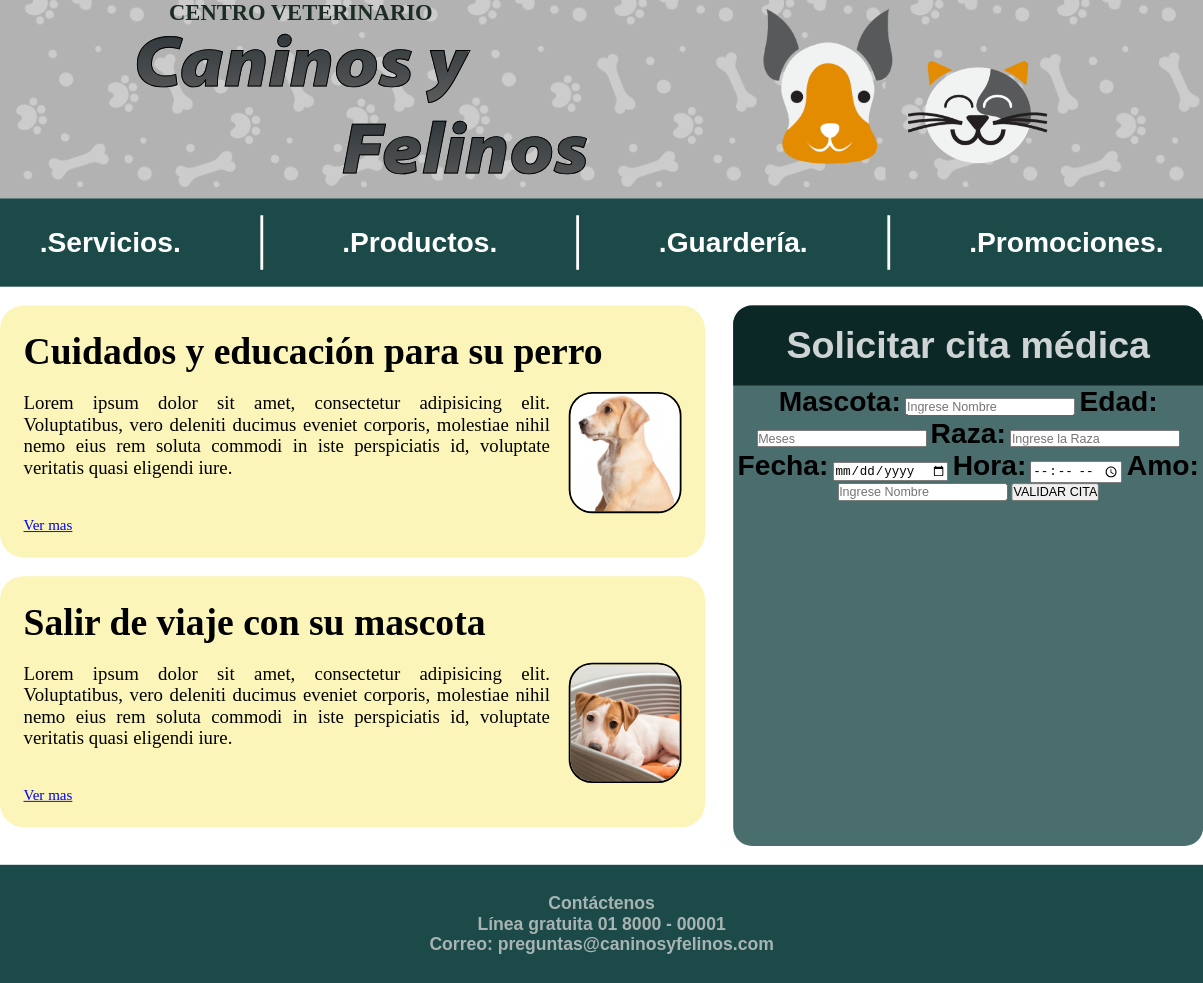
Repository: mariomr87/senaweb01
Page: principal.html
An editor plug-in stored every save of this project. The page is shown before and after the next save, followed by the edit.
The browser window is 1280 px wide. The pictures show the whole page, at 94% of full size.

Above is the page before, as saved 2021-10-23 11:56:58.

After the next save:
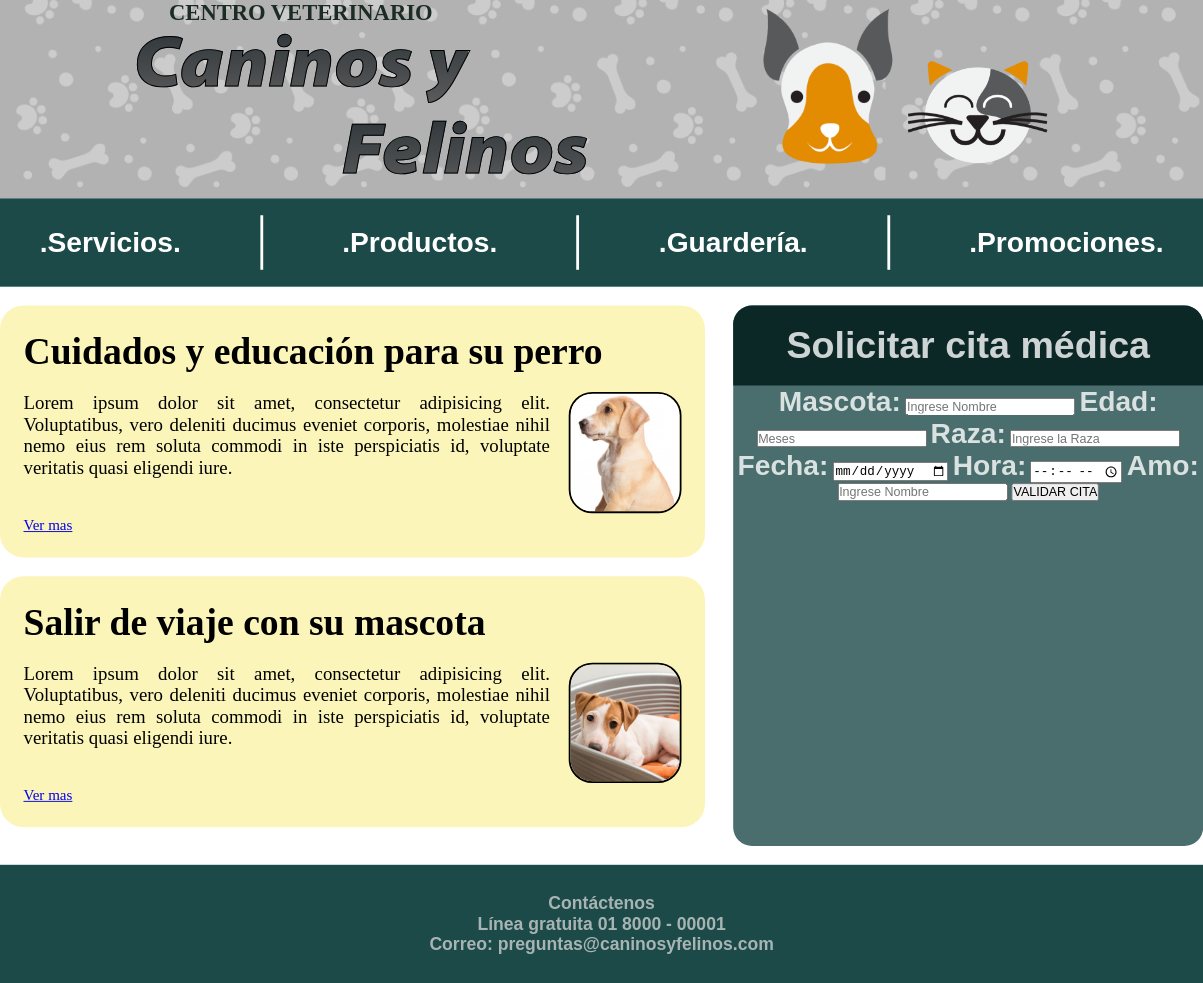
Saved 22 s later.
--- a/estilos.css
+++ b/estilos.css
@@ -128,6 +128,7 @@ form label{
     display: inline-block;
     font-weight:bold;
     font-size: 30px;
+    color: #dae1e1 ;
 }
 
 footer{
